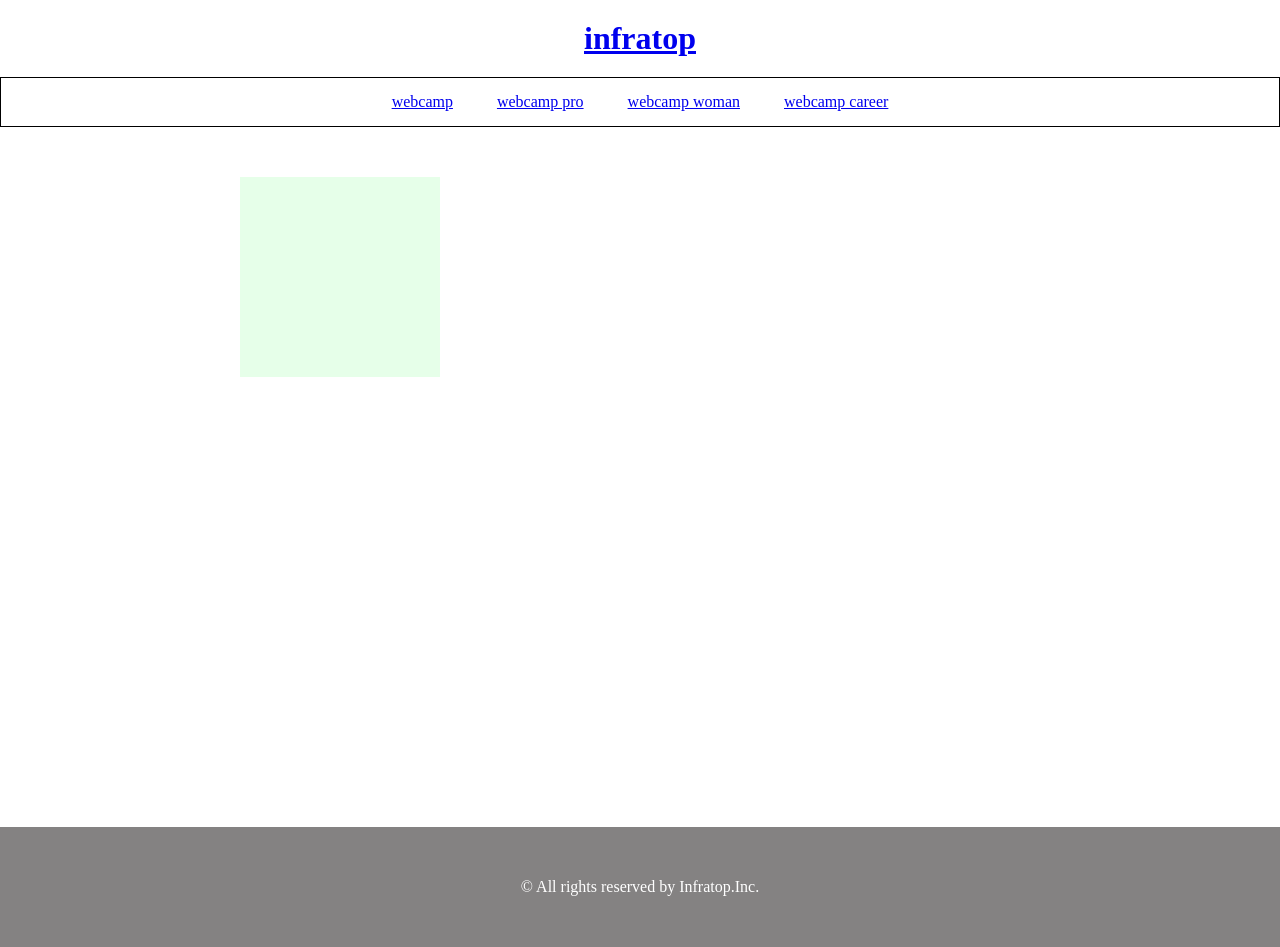
Repository: menyuu/test-html-CSS-practice
Page: exercise/chapter5_exercise.html
The author's editor kept a record of every edit. The page is drawn from the files as they stood at one moment, then again after the next edit.
The browser window is 1280 px wide. The pictures show the whole page.

Above is the page before.

After the next edit:
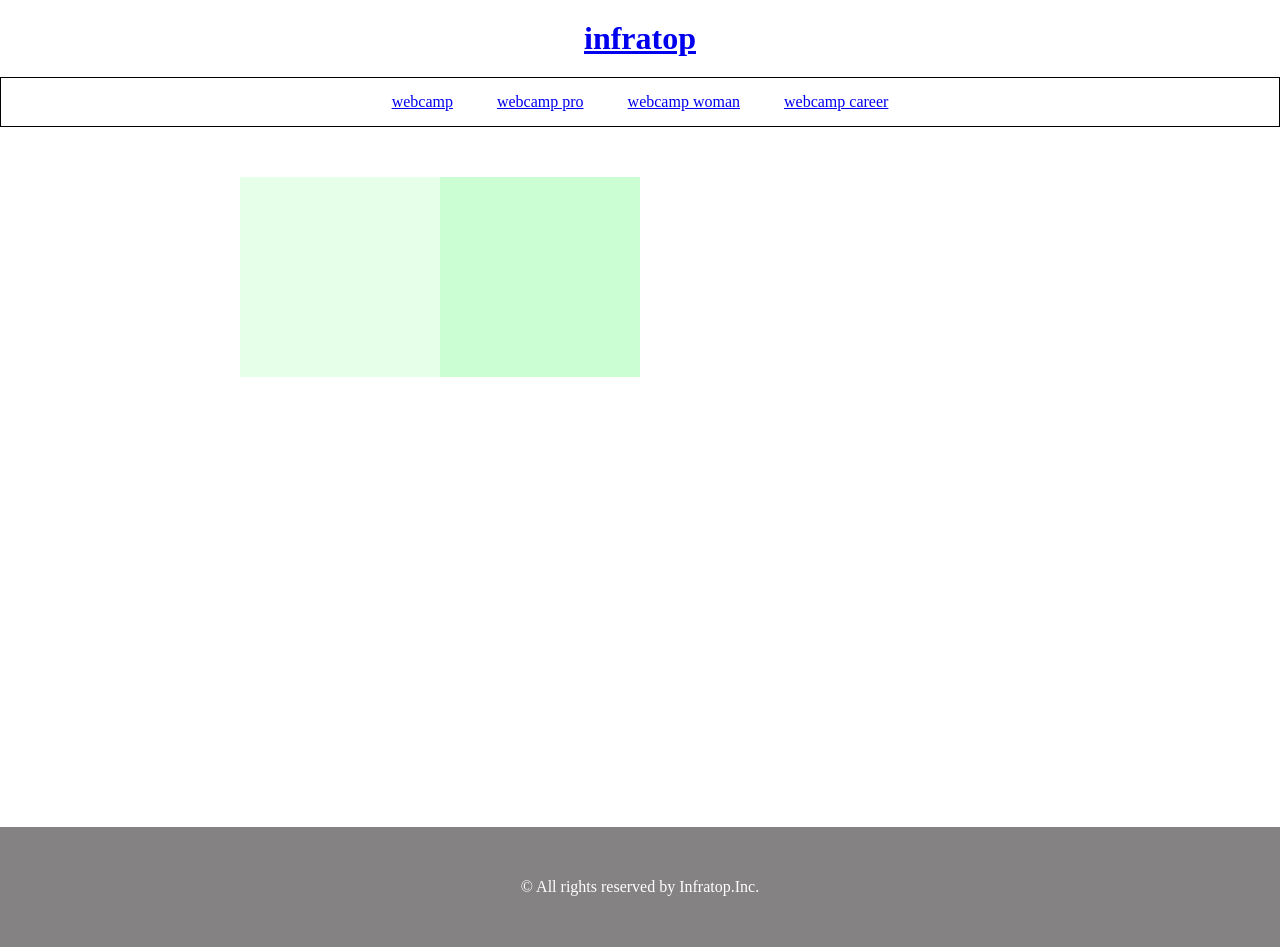
The edit:
--- a/exercise/style5.css
+++ b/exercise/style5.css
@@ -45,8 +45,8 @@
   background-color: #e6ffe9;
 }
 
-.item {
-  background-color: ;
+.item2 {
+  background-color: #cbffd3;
 }
 
 .item {
